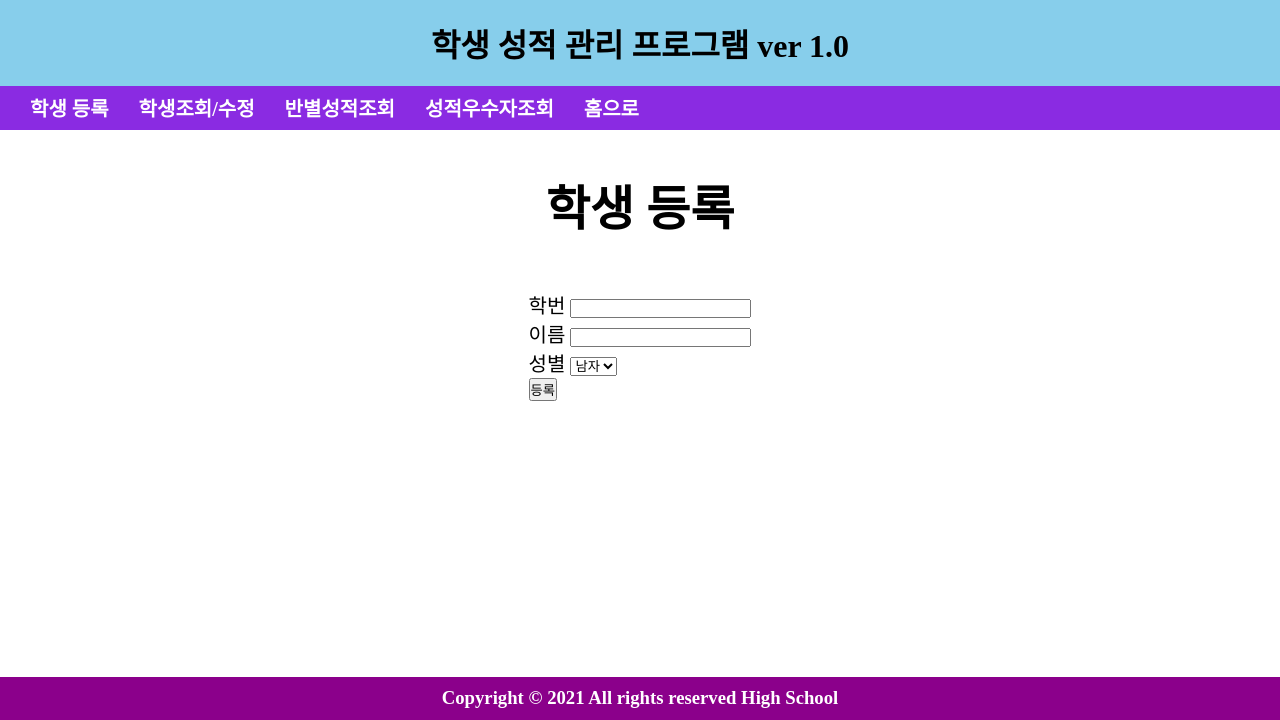
Repository: balhyo-younjisang/DigitechJSP
Page: http://localhost/Student/select.jsp
These files come from the project's save history. The page is drawn as it stood at one moment and after the next save; the edit follows.
The browser window is 1280 px wide. The pictures show the whole page.
The page is served by Tomcat 9. Other server files are loaded and not shown.

Above is the page before, as saved 2025-04-15 23:58:38.

### pizza0403/Student/src/main/webapp/select.jsp
<%@ page language="java" contentType="text/html; charset=UTF-8"
    pageEncoding="UTF-8"%>
<!DOCTYPE html>
<html>
<head>
<meta charset="UTF-8">
<title>학생 성적 관리 프로그램 ver 1.0</title>
<link rel="stylesheet" href="./css/style.css">
</head>
<body>
	<%@ include file="./component/header.jsp" %>
	<main>
		<section class="title">
			<h2>학생 등록</h2>
		</section>
		<section class="content">
			<form onsubmit="return check()" action="register_action.jsp" method="post">
				<div>
					<label>학번</label>
					<input type="text" name="id" id="id">
				</div>
				<div>
					<label>이름</label>
					<input type="text" name="name" id="name">
				</div>
				<div>
					<label>성별</label>
					<select name="gender" id="gender">
						<option value="1">남자</option>
						<option value="2">여자</option>
					</select>
				</div>
				<button type="submit">등록</button>
			</form>
		</section>
	</main>
	<%@ include file="./component/footer.jsp" %>
</body>
<script>
	function check() {
		const id = document.getElementById("id");
		const name = document.getElementById("name");

		if(!id.value) {
			alert("학번을 입력해주세요.");
			id.focus();
			return false;
		}
		if(!name.value) {
			alert("학번을 입력해주세요.");
			name.focus();
			return false;
		}

		return true;
	}
</script>
</html>

### pizza0403/Student/src/main/webapp/component/header.jsp
<%@ page language="java" contentType="text/html; charset=UTF-8"
    pageEncoding="UTF-8"%>
<header>
	<div>
		<h1>학생 성적 관리 프로그램 ver 1.0</h1>
	</div>
	<nav>
		<ul class="gnb">
			<li><a href="register.jsp">학생 등록</a></li>
			<li><a href="select.jsp">학생조회/수정</a></li>
			<li><a href="score.jsp">반별성적조회</a></li>
			<li><a href="good.jsp">성적우수자조회</a></li>
			<li><a href="index.jsp">홈으로</a></li>
		</ul>
	</nav>
</header>

### pizza0403/Student/src/main/webapp/component/footer.jsp
<%@ page language="java" contentType="text/html; charset=UTF-8"
    pageEncoding="UTF-8"%>
<footer>
	<h3>Copyright &copy; 2021 All rights reserved High School</h3>
</footer>

### pizza0403/Student/src/main/webapp/css/style.css
@charset "UTF-8";

* {
	margin: 0;
	padding: 0;
	box-sizing: border-box;
}

a {
	text-decoration: none;
	color: inherit;
}

ul, li {
	list-style: none;
}

header {
	width: 100vw;
	height: 18vh;
}

header div {
	width: 100%;
	height: 12vh;
	display: flex;
	align-items: center;
	justify-content: center;
	background-color: skyblue;
}

header .gnb {
	display: flex;
	gap: 30px;
	padding-left: 30px;
	align-items: center;
	height: 6vh;
	width: 100vw;
	background-color: blueviolet;
}

header .gnb a {
	color: white;
	font-size: 20px;
	font-weight: bold;
}

main {
	height: calc(100vh - 18vh - 6vh);
	width: 100vw;
}

main .title {
	text-align: center;
	font-size: 32px;
	line-height: 160px;
}

main .content {
	font-size: 20px;
	width: 100%;
	display: flex;
	align-items: center;
	justify-content: center;
}

footer {
	width: 100vw;
	height: 6vh;
	background-color: darkmagenta;
	color: white;
	position: fixed;
	display: flex;
	bottom: 0;
	left: 0;
	align-items: center;
	justify-content: center;
}

After the next save:
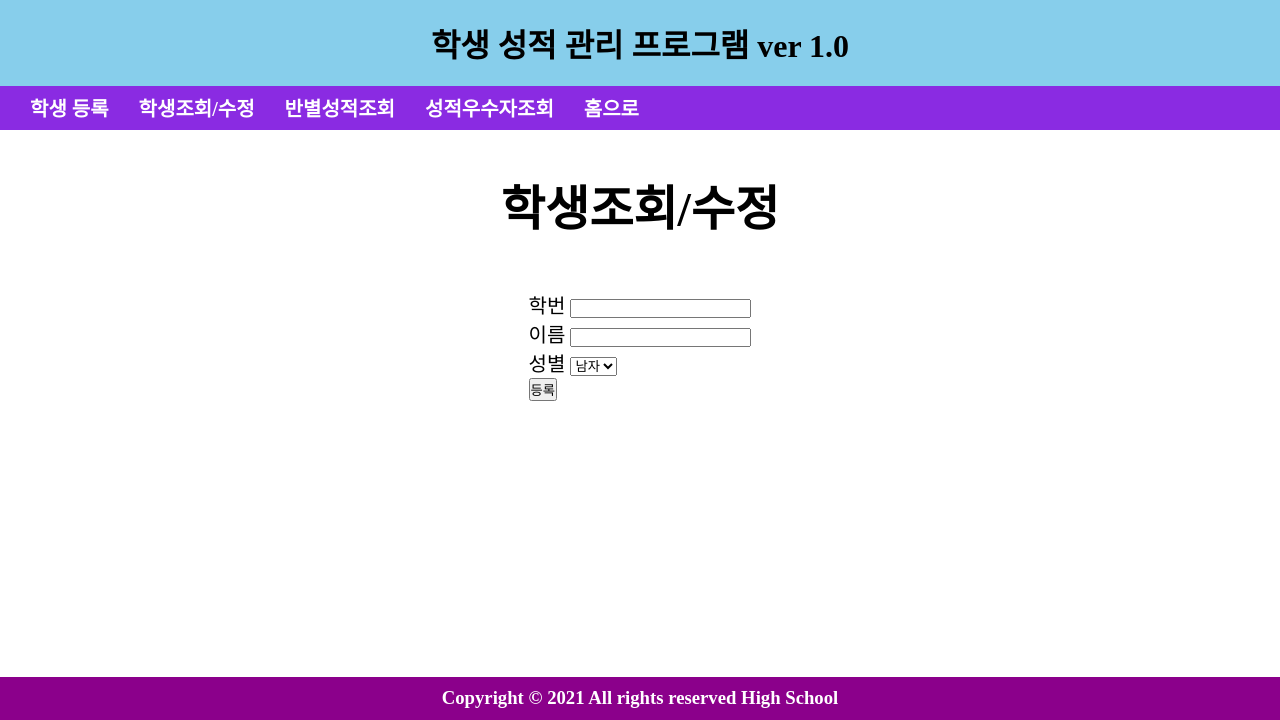
Saved 8 s later.
--- a/pizza0403/Student/src/main/webapp/select.jsp
+++ b/pizza0403/Student/src/main/webapp/select.jsp
@@ -11,7 +11,7 @@
 	<%@ include file="./component/header.jsp" %>
 	<main>
 		<section class="title">
-			<h2>학생 등록</h2>
+			<h2>학생조회/수정</h2>
 		</section>
 		<section class="content">
 			<form onsubmit="return check()" action="register_action.jsp" method="post">
